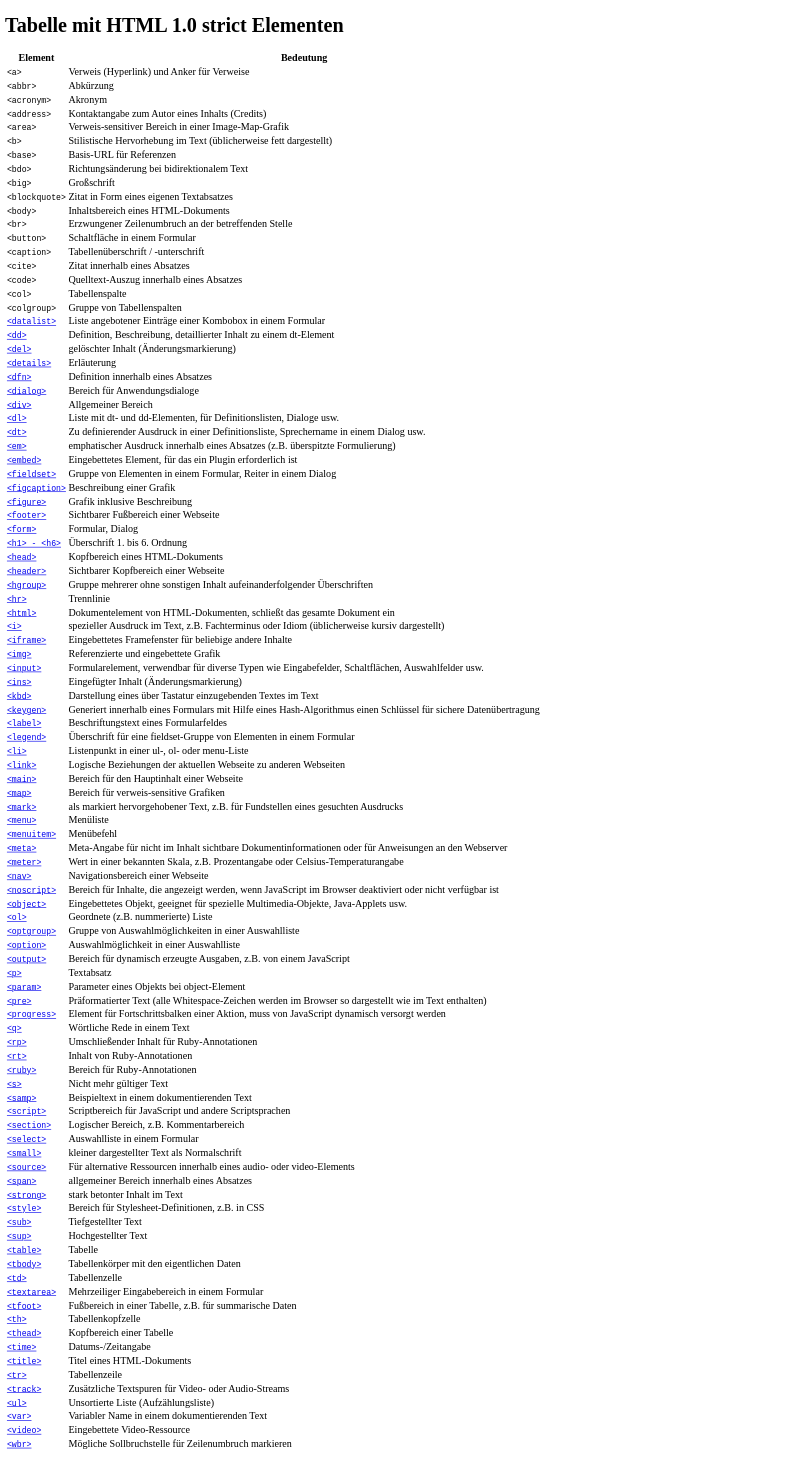
Repository: pLurchi/MyWebengineeringRepo
Page: RemoteSystemsTempFiles/HA-Kapitel06/WebContent/index.html
These files come from the project's save history. The page is drawn as it stood at one moment and after the next save; the edit follows.
The browser window is 1280 px wide. The pictures show the whole page, at 63% of full size.

Above is the page before, as saved 2013-11-28 17:00:32.

### RemoteSystemsTempFiles/HA-Kapitel06/WebContent/index.html
<?xml version="1.0" encoding="UTF-8" ?>
<!DOCTYPE html PUBLIC "-//W3C//DTD XHTML 1.0 Strict//EN" "http://www.w3.org/TR/xhtml1/DTD/xhtml1-strict.dtd">
<html xmlns="http://www.w3.org/1999/xhtml">
<head>
<meta http-equiv="Content-Type" content="text/html; charset=UTF-8" />
<title>HA-Kapitel06</title>
</head>
<body>

	<h1>Tabelle mit HTML 1.0 strict Elementen</h1>

	<table class="wiki-content-table">
		<tr>
			<th>Element</th>
			<th>Bedeutung</th>
		</tr>

		<tr>
			<td><tt>&lt;a&gt;</tt></td>
			<td>Verweis (Hyperlink) und Anker für Verweise</td>
		</tr>
		<tr>
			<td><tt>&lt;abbr&gt;</tt></td>
			<td>Abkürzung</td>
		</tr>
		<tr>
			<td><tt>&lt;acronym&gt;</tt></td>
			<td>Akronym</td>
		</tr>
		<tr>
			<td><tt>&lt;address&gt;</tt></td>
			<td>Kontaktangabe zum Autor eines Inhalts (Credits)</td>
		</tr>
		<tr>
			<td><tt>&lt;area&gt;</tt></td>
			<td>Verweis-sensitiver Bereich in einer Image-Map-Grafik</td>
		</tr>
		<tr>
			<td><tt>&lt;b&gt;</tt></td>
			<td>Stilistische Hervorhebung im Text (üblicherweise fett dargestellt)</td>
		</tr>
		<tr>
			<td><tt>&lt;base&gt;</tt></td>
			<td>Basis-URL für Referenzen</td>
		</tr>
		<tr>
			<td><tt>&lt;bdo&gt;</tt></td>
			<td>Richtungsänderung bei bidirektionalem Text</td>
		</tr>
		<tr>
			<td><tt>&lt;big&gt;</tt></td>
			<td>Großschrift</td>
		</tr>
		<tr>
			<td><tt>&lt;blockquote&gt;</tt></td>
			<td>Zitat in Form eines eigenen Textabsatzes</td>
		</tr>
		<tr>
			<td><tt>&lt;body&gt;</tt></td>
			<td>Inhaltsbereich eines HTML-Dokuments</td>
		</tr>
		<tr>
			<td><tt>&lt;br&gt;</tt></td>
			<td>Erzwungener Zeilenumbruch an der betreffenden Stelle</td>
		</tr>
		<tr>
			<td><tt>&lt;button&gt;</tt></td>
			<td>Schaltfläche in einem Formular</td>
		</tr>
		<tr>
			<td><tt>&lt;caption&gt;</tt></td>
			<td>Tabellenüberschrift / -unterschrift</td>
		</tr>
		<tr>
			<td><tt>&lt;cite&gt;</tt></td>
			<td>Zitat innerhalb eines Absatzes</td>
		</tr>
		<tr>
			<td><tt>&lt;code&gt;</tt></td>
			<td>Quelltext-Auszug innerhalb eines Absatzes</td>
		</tr>
		<tr>
			<td><tt>&lt;col&gt;</tt></td>
			<td>Tabellenspalte</td>
		</tr>
		<tr>
			<td><tt>&lt;colgroup&gt;</tt></td>
			<td>Gruppe von Tabellenspalten</td>
		</tr>
<tr>
<td><tt><a href="/html-handbuch:html-elementreferenz-datalist">&lt;datalist&gt;</a></tt></td>
<td>Liste angebotener Einträge einer Kombobox in einem Formular</td>
</tr>
<tr>
<td><tt><a href="/html-handbuch:html-elementreferenz-dd">&lt;dd&gt;</a></tt></td>
<td>Definition, Beschreibung, detaillierter Inhalt zu einem dt-Element</td>
</tr>
<tr>
<td><tt><a href="/html-handbuch:html-elementreferenz-del">&lt;del&gt;</a></tt></td>
<td>gelöschter Inhalt (Änderungsmarkierung)</td>
</tr>
<tr>
<td><tt><a href="/html-handbuch:html-elementreferenz-details">&lt;details&gt;</a></tt></td>
<td>Erläuterung</td>
</tr>
<tr>
<td><tt><a href="/html-handbuch:html-elementreferenz-dfn">&lt;dfn&gt;</a></tt></td>
<td>Definition innerhalb eines Absatzes</td>
</tr>
<tr>
<td><tt><a class="newpage" href="/html-handbuch:html-elementreferenz-dialog">&lt;dialog&gt;</a></tt></td>
<td>Bereich für Anwendungsdialoge</td>
</tr>
<tr>
<td><tt><a href="/html-handbuch:html-elementreferenz-div">&lt;div&gt;</a></tt></td>
<td>Allgemeiner Bereich</td>
</tr>
<tr>
<td><tt><a href="/html-handbuch:html-elementreferenz-dl">&lt;dl&gt;</a></tt></td>
<td>Liste mit dt- und dd-Elementen, für Definitionslisten, Dialoge usw.</td>
</tr>
<tr>
<td><tt><a href="/html-handbuch:html-elementreferenz-dt">&lt;dt&gt;</a></tt></td>
<td>Zu definierender Ausdruck in einer Definitionsliste, Sprechername in einem Dialog usw.</td>
</tr>
<tr>
<td><tt><a href="/html-handbuch:html-elementreferenz-em">&lt;em&gt;</a></tt></td>
<td>emphatischer Ausdruck innerhalb eines Absatzes (z.B. überspitzte Formulierung)</td>
</tr>
<tr>
<td><tt><a href="/html-handbuch:html-elementreferenz-embed">&lt;embed&gt;</a></tt></td>
<td>Eingebettetes Element, für das ein Plugin erforderlich ist</td>
</tr>
<tr>
<td><tt><a href="/html-handbuch:html-elementreferenz-fieldset">&lt;fieldset&gt;</a></tt></td>
<td>Gruppe von Elementen in einem Formular, Reiter in einem Dialog</td>
</tr>
<tr>
<td><tt><a href="/html-handbuch:html-elementreferenz-figcaption">&lt;figcaption&gt;</a></tt></td>
<td>Beschreibung einer Grafik</td>
</tr>
<tr>
<td><tt><a href="/html-handbuch:html-elementreferenz-figure">&lt;figure&gt;</a></tt></td>
<td>Grafik inklusive Beschreibung</td>
</tr>
<tr>
<td><tt><a href="/html-handbuch:html-elementreferenz-footer">&lt;footer&gt;</a></tt></td>
<td>Sichtbarer Fußbereich einer Webseite</td>
</tr>
<tr>
<td><tt><a href="/html-handbuch:html-elementreferenz-form">&lt;form&gt;</a></tt></td>
<td>Formular, Dialog</td>
</tr>
<tr>
<td><tt><a href="/html-handbuch:html-elementreferenz-h1-h6">&lt;h1&gt; - &lt;h6&gt;</a></tt></td>
<td>Überschrift 1. bis 6. Ordnung</td>
</tr>
<tr>
<td><tt><a href="/html-handbuch:html-elementreferenz-head">&lt;head&gt;</a></tt></td>
<td>Kopfbereich eines HTML-Dokuments</td>
</tr>
<tr>
<td><tt><a href="/html-handbuch:html-elementreferenz-header">&lt;header&gt;</a></tt></td>
<td>Sichtbarer Kopfbereich einer Webseite</td>
</tr>
<tr>
<td><tt><a href="/html-handbuch:html-elementreferenz-hgroup">&lt;hgroup&gt;</a></tt></td>
<td>Gruppe mehrerer ohne sonstigen Inhalt aufeinanderfolgender Überschriften</td>
</tr>
<tr>
<td><tt><a href="/html-handbuch:html-elementreferenz-hr">&lt;hr&gt;</a></tt></td>
<td>Trennlinie</td>
</tr>
<tr>
<td><tt><a href="/html-handbuch:html-elementreferenz-html">&lt;html&gt;</a></tt></td>
<td>Dokumentelement von HTML-Dokumenten, schließt das gesamte Dokument ein</td>
</tr>
<tr>
<td><tt><a href="/html-handbuch:html-elementreferenz-i">&lt;i&gt;</a></tt></td>
<td>spezieller Ausdruck im Text, z.B. Fachterminus oder Idiom (üblicherweise kursiv dargestellt)</td>
</tr>
<tr>
<td><tt><a href="/html-handbuch:html-elementreferenz-iframe">&lt;iframe&gt;</a></tt></td>
<td>Eingebettetes Framefenster für beliebige andere Inhalte</td>
</tr>
<tr>
<td><tt><a href="/html-handbuch:html-elementreferenz-img">&lt;img&gt;</a></tt></td>
<td>Referenzierte und eingebettete Grafik</td>
</tr>
<tr>
<td><tt><a href="/html-handbuch:html-elementreferenz-input">&lt;input&gt;</a></tt></td>
<td>Formularelement, verwendbar für diverse Typen wie Eingabefelder, Schaltflächen, Auswahlfelder usw.</td>
</tr>
<tr>
<td><tt><a href="/html-handbuch:html-elementreferenz-ins">&lt;ins&gt;</a></tt></td>
<td>Eingefügter Inhalt (Änderungsmarkierung)</td>
</tr>
<tr>
<td><tt><a href="/html-handbuch:html-elementreferenz-kbd">&lt;kbd&gt;</a></tt></td>
<td>Darstellung eines über Tastatur einzugebenden Textes im Text</td>
</tr>
<tr>
<td><tt><a href="/html-handbuch:html-elementreferenz-keygen">&lt;keygen&gt;</a></tt></td>
<td>Generiert innerhalb eines Formulars mit Hilfe eines Hash-Algorithmus einen Schlüssel für sichere Datenübertragung</td>
</tr>
<tr>
<td><tt><a href="/html-handbuch:html-elementreferenz-label">&lt;label&gt;</a></tt></td>
<td>Beschriftungstext eines Formularfeldes</td>
</tr>
<tr>
<td><tt><a href="/html-handbuch:html-elementreferenz-legend">&lt;legend&gt;</a></tt></td>
<td>Überschrift für eine fieldset-Gruppe von Elementen in einem Formular</td>
</tr>
<tr>
<td><tt><a href="/html-handbuch:html-elementreferenz-li">&lt;li&gt;</a></tt></td>
<td>Listenpunkt in einer ul-, ol- oder menu-Liste</td>
</tr>
<tr>
<td><tt><a href="/html-handbuch:html-elementreferenz-link">&lt;link&gt;</a></tt></td>
<td>Logische Beziehungen der aktuellen Webseite zu anderen Webseiten</td>
</tr>
<tr>
<td><tt><a class="newpage" href="/html-handbuch:html-elementreferenz-main">&lt;main&gt;</a></tt></td>
<td>Bereich für den Hauptinhalt einer Webseite</td>
</tr>
<tr>
<td><tt><a href="/html-handbuch:html-elementreferenz-map">&lt;map&gt;</a></tt></td>
<td>Bereich für verweis-sensitive Grafiken</td>
</tr>
<tr>
<td><tt><a href="/html-handbuch:html-elementreferenz-mark">&lt;mark&gt;</a></tt></td>
<td>als markiert hervorgehobener Text, z.B. für Fundstellen eines gesuchten Ausdrucks</td>
</tr>
<tr>
<td><tt><a href="/html-handbuch:html-elementreferenz-menu">&lt;menu&gt;</a></tt></td>
<td>Menüliste</td>
</tr>
<tr>
<td><tt><a class="newpage" href="/html-handbuch:html-elementreferenz-menuitem">&lt;menuitem&gt;</a></tt></td>
<td>Menübefehl</td>
</tr>
<tr>
<td><tt><a href="/html-handbuch:html-elementreferenz-meta">&lt;meta&gt;</a></tt></td>
<td>Meta-Angabe für nicht im Inhalt sichtbare Dokumentinformationen oder für Anweisungen an den Webserver</td>
</tr>
<tr>
<td><tt><a href="/html-handbuch:html-elementreferenz-meter">&lt;meter&gt;</a></tt></td>
<td>Wert in einer bekannten Skala, z.B. Prozentangabe oder Celsius-Temperaturangabe</td>
</tr>
<tr>
<td><tt><a href="/html-handbuch:html-elementreferenz-nav">&lt;nav&gt;</a></tt></td>
<td>Navigationsbereich einer Webseite</td>
</tr>
<tr>
<td><tt><a href="/html-handbuch:html-elementreferenz-noscript">&lt;noscript&gt;</a></tt></td>
<td>Bereich für Inhalte, die angezeigt werden, wenn JavaScript im Browser deaktiviert oder nicht verfügbar ist</td>
</tr>
<tr>
<td><tt><a href="/html-handbuch:html-elementreferenz-object">&lt;object&gt;</a></tt></td>
<td>Eingebettetes Objekt, geeignet für spezielle Multimedia-Objekte, Java-Applets usw.</td>
</tr>
<tr>
<td><tt><a href="/html-handbuch:html-elementreferenz-ol">&lt;ol&gt;</a></tt></td>
<td>Geordnete (z.B. nummerierte) Liste</td>
</tr>
<tr>
<td><tt><a href="/html-handbuch:html-elementreferenz-optgroup">&lt;optgroup&gt;</a></tt></td>
<td>Gruppe von Auswahlmöglichkeiten in einer Auswahlliste</td>
</tr>
<tr>
<td><tt><a href="/html-handbuch:html-elementreferenz-option">&lt;option&gt;</a></tt></td>
<td>Auswahlmöglichkeit in einer Auswahlliste</td>
</tr>
<tr>
<td><tt><a href="/html-handbuch:html-elementreferenz-output">&lt;output&gt;</a></tt></td>
<td>Bereich für dynamisch erzeugte Ausgaben, z.B. von einem JavaScript</td>
</tr>
<tr>
<td><tt><a href="/html-handbuch:html-elementreferenz-p">&lt;p&gt;</a></tt></td>
<td>Textabsatz</td>
</tr>
<tr>
<td><tt><a href="/html-handbuch:html-elementreferenz-param">&lt;param&gt;</a></tt></td>
<td>Parameter eines Objekts bei object-Element</td>
</tr>
<tr>
<td><tt><a href="/html-handbuch:html-elementreferenz-pre">&lt;pre&gt;</a></tt></td>
<td>Präformatierter Text (alle Whitespace-Zeichen werden im Browser so dargestellt wie im Text enthalten)</td>
</tr>
<tr>
<td><tt><a href="/html-handbuch:html-elementreferenz-progress">&lt;progress&gt;</a></tt></td>
<td>Element für Fortschrittsbalken einer Aktion, muss von JavaScript dynamisch versorgt werden</td>
</tr>
<tr>
<td><tt><a href="/html-handbuch:html-elementreferenz-q">&lt;q&gt;</a></tt></td>
<td>Wörtliche Rede in einem Text</td>
</tr>
<tr>
<td><tt><a href="/html-handbuch:html-elementreferenz-rp">&lt;rp&gt;</a></tt></td>
<td>Umschließender Inhalt für Ruby-Annotationen</td>
</tr>
<tr>
<td><tt><a href="/html-handbuch:html-elementreferenz-rt">&lt;rt&gt;</a></tt></td>
<td>Inhalt von Ruby-Annotationen</td>
</tr>
<tr>
<td><tt><a href="/html-handbuch:html-elementreferenz-ruby">&lt;ruby&gt;</a></tt></td>
<td>Bereich für Ruby-Annotationen</td>
</tr>
<tr>
<td><tt><a class="newpage" href="/html-handbuch:html-elementreferenz-s">&lt;s&gt;</a></tt></td>
<td>Nicht mehr gültiger Text</td>
</tr>
<tr>
<td><tt><a href="/html-handbuch:html-elementreferenz-samp">&lt;samp&gt;</a></tt></td>
<td>Beispieltext in einem dokumentierenden Text</td>
</tr>
<tr>
<td><tt><a href="/html-handbuch:html-elementreferenz-script">&lt;script&gt;</a></tt></td>
<td>Scriptbereich für JavaScript und andere Scriptsprachen</td>
</tr>
<tr>
<td><tt><a href="/html-handbuch:html-elementreferenz-section">&lt;section&gt;</a></tt></td>
<td>Logischer Bereich, z.B. Kommentarbereich</td>
</tr>
<tr>
<td><tt><a href="/html-handbuch:html-elementreferenz-select">&lt;select&gt;</a></tt></td>
<td>Auswahlliste in einem Formular</td>
</tr>
<tr>
<td><tt><a href="/html-handbuch:html-elementreferenz-small">&lt;small&gt;</a></tt></td>
<td>kleiner dargestellter Text als Normalschrift</td>
</tr>
<tr>
<td><tt><a href="/html-handbuch:html-elementreferenz-source">&lt;source&gt;</a></tt></td>
<td>Für alternative Ressourcen innerhalb eines audio- oder video-Elements</td>
</tr>
<tr>
<td><tt><a href="/html-handbuch:html-elementreferenz-span">&lt;span&gt;</a></tt></td>
<td>allgemeiner Bereich innerhalb eines Absatzes</td>
</tr>
<tr>
<td><tt><a href="/html-handbuch:html-elementreferenz-strong">&lt;strong&gt;</a></tt></td>
<td>stark betonter Inhalt im Text</td>
</tr>
<tr>
<td><tt><a href="/html-handbuch:html-elementreferenz-style">&lt;style&gt;</a></tt></td>
<td>Bereich für Stylesheet-Definitionen, z.B. in CSS</td>
</tr>
<tr>
<td><tt><a href="/html-handbuch:html-elementreferenz-sub">&lt;sub&gt;</a></tt></td>
<td>Tiefgestellter Text</td>
</tr>
<tr>
<td><tt><a href="/html-handbuch:html-elementreferenz-sup">&lt;sup&gt;</a></tt></td>
<td>Hochgestellter Text</td>
</tr>
<tr>
<td><tt><a href="/html-handbuch:html-elementreferenz-table">&lt;table&gt;</a></tt></td>
<td>Tabelle</td>
</tr>
<tr>
<td><tt><a href="/html-handbuch:html-elementreferenz-tbody">&lt;tbody&gt;</a></tt></td>
<td>Tabellenkörper mit den eigentlichen Daten</td>
</tr>
<tr>
<td><tt><a href="/html-handbuch:html-elementreferenz-td">&lt;td&gt;</a></tt></td>
<td>Tabellenzelle</td>
</tr>
<tr>
<td><tt><a href="/html-handbuch:html-elementreferenz-textarea">&lt;textarea&gt;</a></tt></td>
<td>Mehrzeiliger Eingabebereich in einem Formular</td>
</tr>
<tr>
<td><tt><a href="/html-handbuch:html-elementreferenz-tfoot">&lt;tfoot&gt;</a></tt></td>
<td>Fußbereich in einer Tabelle, z.B. für summarische Daten</td>
</tr>
<tr>
<td><tt><a href="/html-handbuch:html-elementreferenz-th">&lt;th&gt;</a></tt></td>
<td>Tabellenkopfzelle</td>
</tr>
<tr>
<td><tt><a href="/html-handbuch:html-elementreferenz-thead">&lt;thead&gt;</a></tt></td>
<td>Kopfbereich einer Tabelle</td>
</tr>
<tr>
<td><tt><a href="/html-handbuch:html-elementreferenz-time">&lt;time&gt;</a></tt></td>
<td>Datums-/Zeitangabe</td>
</tr>
<tr>
<td><tt><a href="/html-handbuch:html-elementreferenz-title">&lt;title&gt;</a></tt></td>
<td>Titel eines HTML-Dokuments</td>
</tr>
<tr>
<td><tt><a href="/html-handbuch:html-elementreferenz-tr">&lt;tr&gt;</a></tt></td>
<td>Tabellenzeile</td>
</tr>
<tr>
<td><tt><a class="newpage" href="/html-handbuch:html-elementreferenz-track">&lt;track&gt;</a></tt></td>
<td>Zusätzliche Textspuren für Video- oder Audio-Streams</td>
</tr>
<tr>
<td><tt><a href="/html-handbuch:html-elementreferenz-ul">&lt;ul&gt;</a></tt></td>
<td>Unsortierte Liste (Aufzählungsliste)</td>
</tr>
<tr>
<td><tt><a href="/html-handbuch:html-elementreferenz-var">&lt;var&gt;</a></tt></td>
<td>Variabler Name in einem dokumentierenden Text</td>
</tr>
<tr>
<td><tt><a href="/html-handbuch:html-elementreferenz-video">&lt;video&gt;</a></tt></td>
<td>Eingebettete Video-Ressource</td>
</tr>
<tr>
<td><tt><a class="newpage" href="/html-handbuch:html-elementreferenz-wbr">&lt;wbr&gt;</a></tt></td>
<td>Mögliche Sollbruchstelle für Zeilenumbruch markieren</td>
</tr>
</table>


</body>
</html>

After the next save:
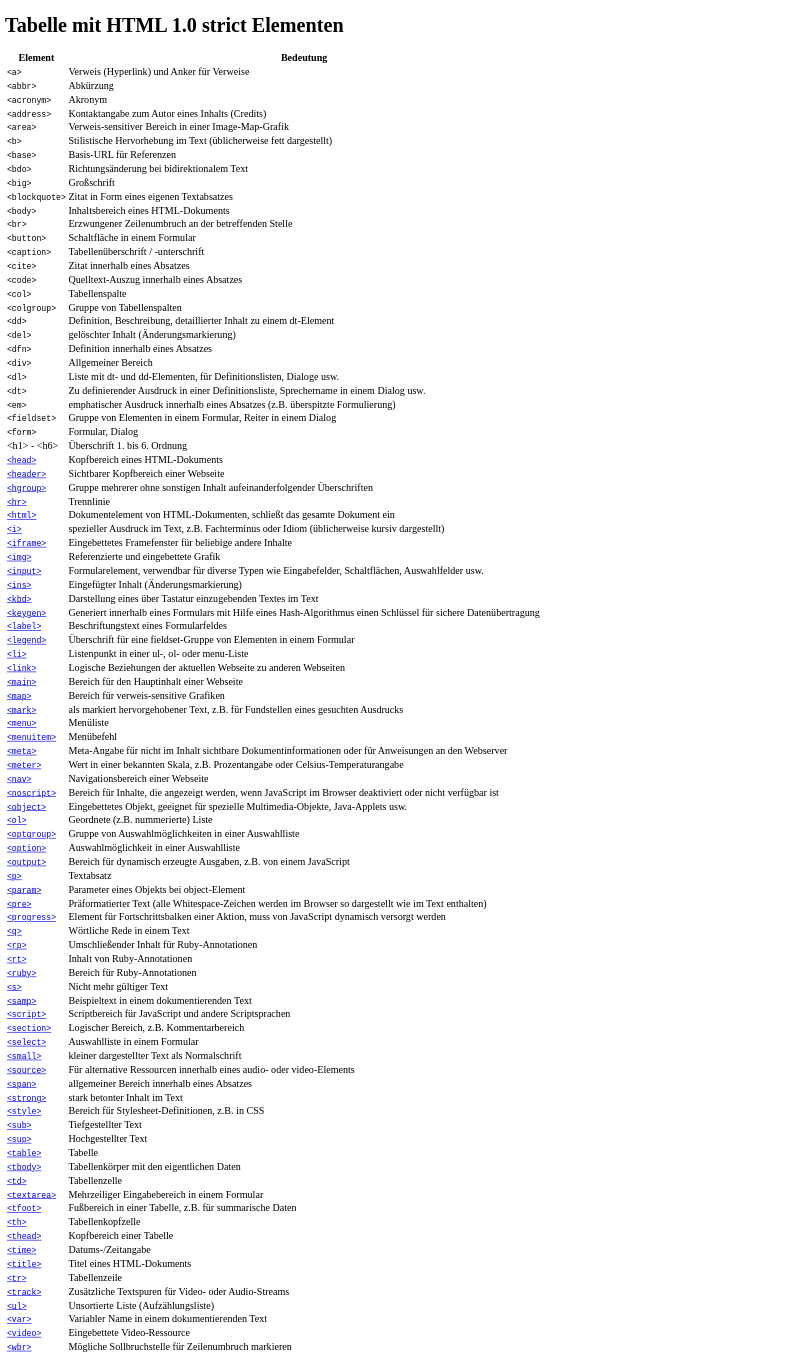
Saved 4 min 26 s later.
--- a/RemoteSystemsTempFiles/HA-Kapitel06/WebContent/index.html
+++ b/RemoteSystemsTempFiles/HA-Kapitel06/WebContent/index.html
@@ -87,74 +87,46 @@
 			<td><tt>&lt;colgroup&gt;</tt></td>
 			<td>Gruppe von Tabellenspalten</td>
 		</tr>
-<tr>
-<td><tt><a href="/html-handbuch:html-elementreferenz-datalist">&lt;datalist&gt;</a></tt></td>
-<td>Liste angebotener Einträge einer Kombobox in einem Formular</td>
-</tr>
-<tr>
-<td><tt><a href="/html-handbuch:html-elementreferenz-dd">&lt;dd&gt;</a></tt></td>
-<td>Definition, Beschreibung, detaillierter Inhalt zu einem dt-Element</td>
-</tr>
-<tr>
-<td><tt><a href="/html-handbuch:html-elementreferenz-del">&lt;del&gt;</a></tt></td>
-<td>gelöschter Inhalt (Änderungsmarkierung)</td>
-</tr>
-<tr>
-<td><tt><a href="/html-handbuch:html-elementreferenz-details">&lt;details&gt;</a></tt></td>
-<td>Erläuterung</td>
-</tr>
-<tr>
-<td><tt><a href="/html-handbuch:html-elementreferenz-dfn">&lt;dfn&gt;</a></tt></td>
-<td>Definition innerhalb eines Absatzes</td>
-</tr>
-<tr>
-<td><tt><a class="newpage" href="/html-handbuch:html-elementreferenz-dialog">&lt;dialog&gt;</a></tt></td>
-<td>Bereich für Anwendungsdialoge</td>
-</tr>
-<tr>
-<td><tt><a href="/html-handbuch:html-elementreferenz-div">&lt;div&gt;</a></tt></td>
-<td>Allgemeiner Bereich</td>
-</tr>
-<tr>
-<td><tt><a href="/html-handbuch:html-elementreferenz-dl">&lt;dl&gt;</a></tt></td>
-<td>Liste mit dt- und dd-Elementen, für Definitionslisten, Dialoge usw.</td>
-</tr>
-<tr>
-<td><tt><a href="/html-handbuch:html-elementreferenz-dt">&lt;dt&gt;</a></tt></td>
-<td>Zu definierender Ausdruck in einer Definitionsliste, Sprechername in einem Dialog usw.</td>
-</tr>
-<tr>
-<td><tt><a href="/html-handbuch:html-elementreferenz-em">&lt;em&gt;</a></tt></td>
-<td>emphatischer Ausdruck innerhalb eines Absatzes (z.B. überspitzte Formulierung)</td>
-</tr>
-<tr>
-<td><tt><a href="/html-handbuch:html-elementreferenz-embed">&lt;embed&gt;</a></tt></td>
-<td>Eingebettetes Element, für das ein Plugin erforderlich ist</td>
-</tr>
-<tr>
-<td><tt><a href="/html-handbuch:html-elementreferenz-fieldset">&lt;fieldset&gt;</a></tt></td>
-<td>Gruppe von Elementen in einem Formular, Reiter in einem Dialog</td>
-</tr>
-<tr>
-<td><tt><a href="/html-handbuch:html-elementreferenz-figcaption">&lt;figcaption&gt;</a></tt></td>
-<td>Beschreibung einer Grafik</td>
-</tr>
-<tr>
-<td><tt><a href="/html-handbuch:html-elementreferenz-figure">&lt;figure&gt;</a></tt></td>
-<td>Grafik inklusive Beschreibung</td>
-</tr>
-<tr>
-<td><tt><a href="/html-handbuch:html-elementreferenz-footer">&lt;footer&gt;</a></tt></td>
-<td>Sichtbarer Fußbereich einer Webseite</td>
-</tr>
-<tr>
-<td><tt><a href="/html-handbuch:html-elementreferenz-form">&lt;form&gt;</a></tt></td>
-<td>Formular, Dialog</td>
-</tr>
-<tr>
-<td><tt><a href="/html-handbuch:html-elementreferenz-h1-h6">&lt;h1&gt; - &lt;h6&gt;</a></tt></td>
-<td>Überschrift 1. bis 6. Ordnung</td>
-</tr>
+		<tr>
+			<td><tt>&lt;dd&gt;</tt></td>
+			<td>Definition, Beschreibung, detaillierter Inhalt zu einem dt-Element</td>
+		</tr>
+		<tr>
+			<td><tt>&lt;del&gt;</tt></td>
+			<td>gelöschter Inhalt (Änderungsmarkierung)</td>
+		</tr>
+		<tr>
+			<td><tt>&lt;dfn&gt;</tt></td>
+			<td>Definition innerhalb eines Absatzes</td>
+		</tr>
+		<tr>
+			<td><tt>&lt;div&gt;</tt></td>
+			<td>Allgemeiner Bereich</td>
+		</tr>
+		<tr>
+			<td><tt>&lt;dl&gt;</tt></td>
+			<td>Liste mit dt- und dd-Elementen, für Definitionslisten, Dialoge usw.</td>
+		</tr>
+		<tr>
+			<td><tt>&lt;dt&gt;</tt></td>
+			<td>Zu definierender Ausdruck in einer Definitionsliste, Sprechername in einem Dialog usw.</td>
+		</tr>
+		<tr>
+			<td><tt>&lt;em&gt;</tt></td>
+			<td>emphatischer Ausdruck innerhalb eines Absatzes (z.B. überspitzte Formulierung)</td>
+		</tr>
+		<tr>
+			<td><tt>&lt;fieldset&gt;</tt></td>
+			<td>Gruppe von Elementen in einem Formular, Reiter in einem Dialog</td>
+		</tr>
+		<tr>
+			<td><tt>&lt;form&gt;</tt></td>
+			<td>Formular, Dialog</td>
+		</tr>
+		<tr>
+			<td>&lt;h1&gt; - &lt;h6&gt;</td>
+		<td>Überschrift 1. bis 6. Ordnung</td>
+		</tr>
 <tr>
 <td><tt><a href="/html-handbuch:html-elementreferenz-head">&lt;head&gt;</a></tt></td>
 <td>Kopfbereich eines HTML-Dokuments</td>
